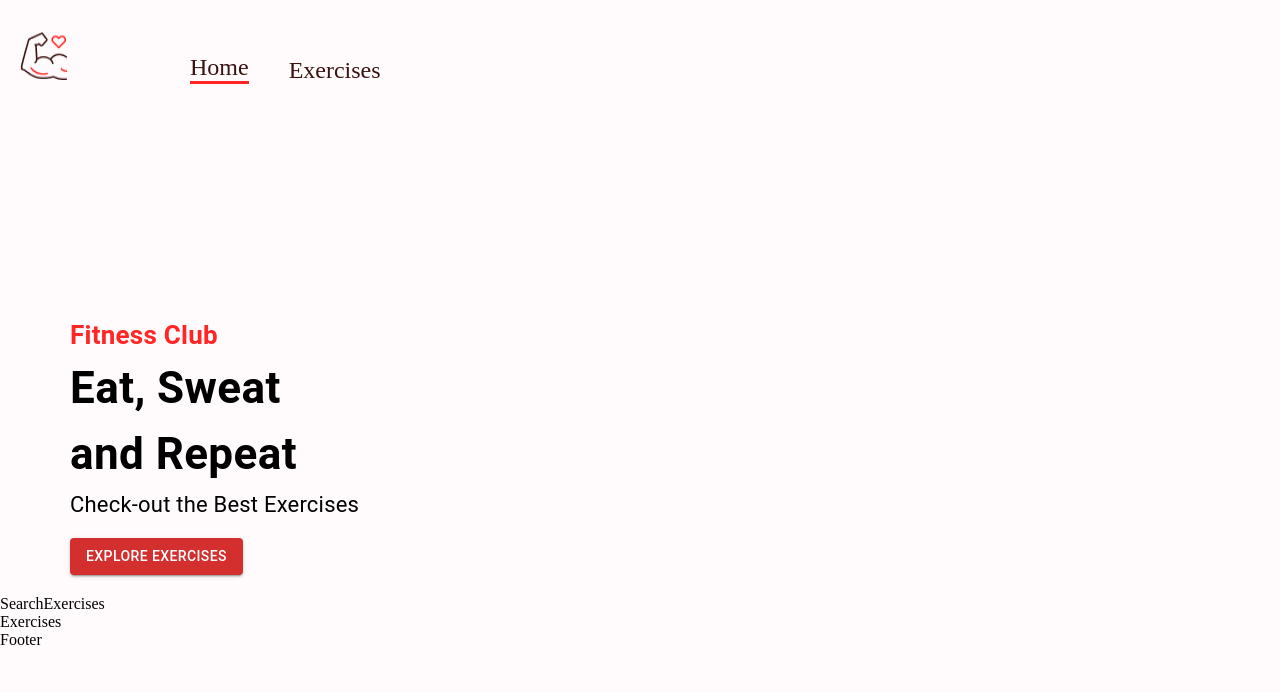
Repository: remydev47/fitness-center
Page: /
These files come from the project's save history. The page is drawn as it stood at one moment and after the next save; the edit follows.
The browser window is 1280 px wide. The pictures show the whole page.
The project was rebuilt for these pictures with package versions that can differ from the ones it lists, and the page was loaded fresh each time. Also part of the build but not shown: src/pages/ExerciseDetail.js.

Above is the page before, as saved 2022-07-26 00:23:29.

### src/index.js
import React from 'react'
import ReactDOM from  'react-dom'
import { BrowserRouter } from 'react-router-dom'

import App from './App'

const root = ReactDOM.createRoot(document.getElementById('root'))

root.render(
    <BrowserRouter>
      <App/>
    </BrowserRouter>
)

### src/App.js
import React from 'react'
import { Route, Routes } from 'react-router-dom';
import { Box } from '@mui/material'

import './App.css'
import Navbar from './components/Navbar';
import Footer from './components/Footer'
import Home from './pages/Home';
import ExerciseDetail from './pages/ExerciseDetail';

const App = () => {
  return (
    <Box>
      <Navbar />
      <Routes>
        <Route path="/"  element={<Home />}/>
        <Route path="/exercise/:id"  element={<ExerciseDetail />}/>
      </Routes>
      <Footer />
    </Box>
  )
}

export default App

### src/components/Navbar.js
import React from 'react'
import { Link } from 'react-router-dom';
import { Stack } from '@mui/material'
import Logo from '../assets/images/Logo.png'

const Navbar = () => {
  return (
    <Stack
     direction="row"
     justifyContent="space-around"
     sx={{ gap: { sm: '122px', xs: '40px'}, mt: { sm: '32px', xs:'20px'}, justifyContent: 'none'}}
     px="20px"
    >
        <Link to="/">
            <img
               src={Logo}
               alt="logo"
               style={{
                width:'48px',
                height:'48px',
                margin: '0, 20px'
               }}
            />
        </Link>
        <Stack
            direction="row"
            gap="40px"
            fontSize="24px"
            alignItems="flex-end"
        >
            <Link to="/" style={{
                textDecoration:"none",
                color:"#3A1212",
                borderBottom: '3px solid #FF2625'
            }}
            >
                Home
            </Link>
            <a href="#exercises" style={{ textDecoration:"none", color:"#3A1212"}}>Exercises</a>
        </Stack>
    </Stack>
  )
}

export default Navbar

### src/pages/Home.js
import React, { useState } from 'react';
import { Box } from '@mui/material'
import HeaderBanner from '../components/HeaderBanner';
import SearchExercises from '../components/SearchExercises';
import Exercises from '../components/Exercises';

const Home = () => {
  return (
    <Box>
        <HeaderBanner />
        <SearchExercises />
        <Exercises />
    </Box>
  )
}

export default Home

### src/components/HeaderBanner.js
import React from 'react';
import { Box, Stack, Typography, Button } from '@mui/material';
import banner from '../assets/images/banner.png';

const HeaderBanner = () => {
  return (
    <Box
      sx={{
        mt:{ lg: '212px', xs: '70px'},
        ml: { sm: '50px'}
      }}
      position="relative"
      p="20px"
    >
        <Typography
          color="#FF2625"
          fontSize="26px"
          fontWeight="600"
        >
            Fitness Club
        </Typography>
        <Typography
          fontWeight={700}
          sx={{
             fontSize: { lg:'44px', xs: '40px'}
          }}
        >
            Eat, Sweat <br/>and Repeat
        </Typography>
        <Typography
         fontSize="22px"
         lineHeight="35px"
         mb={2}
        >
            Check-out the Best Exercises
        </Typography>
        <Button
          variant="contained"
          color="error"
        >
            Explore Exercises
        </Button>
    </Box>
  )
}

export default HeaderBanner

Loaded but not shown: public/index.html (common file); src/App.css (common file); src/components/Footer.js (common file); src/components/SearchExercises.js (common file); src/components/Exercises.js (common file)

After the next save:
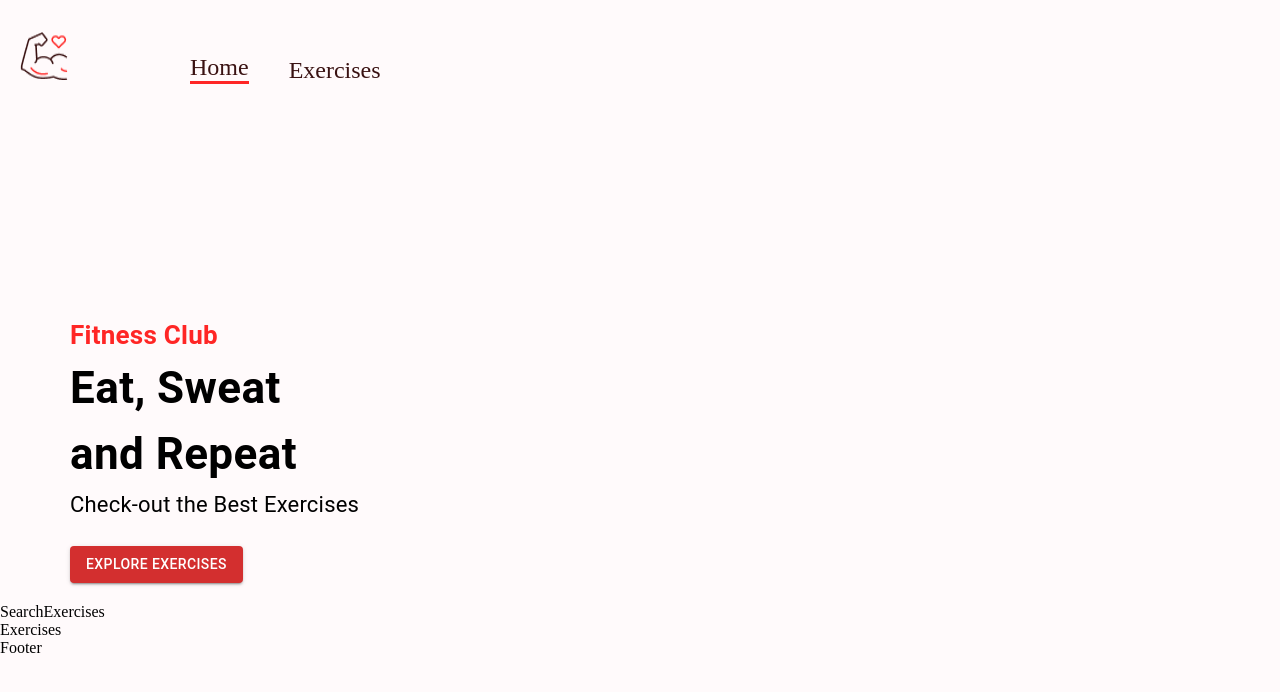
Saved 47 s later.
--- a/src/components/HeaderBanner.js
+++ b/src/components/HeaderBanner.js
@@ -30,13 +30,14 @@ const HeaderBanner = () => {
         <Typography
          fontSize="22px"
          lineHeight="35px"
-         mb={2}
+         mb={3}
         >
             Check-out the Best Exercises
         </Typography>
         <Button
           variant="contained"
           color="error"
+          href="#exercises"
         >
             Explore Exercises
         </Button>
